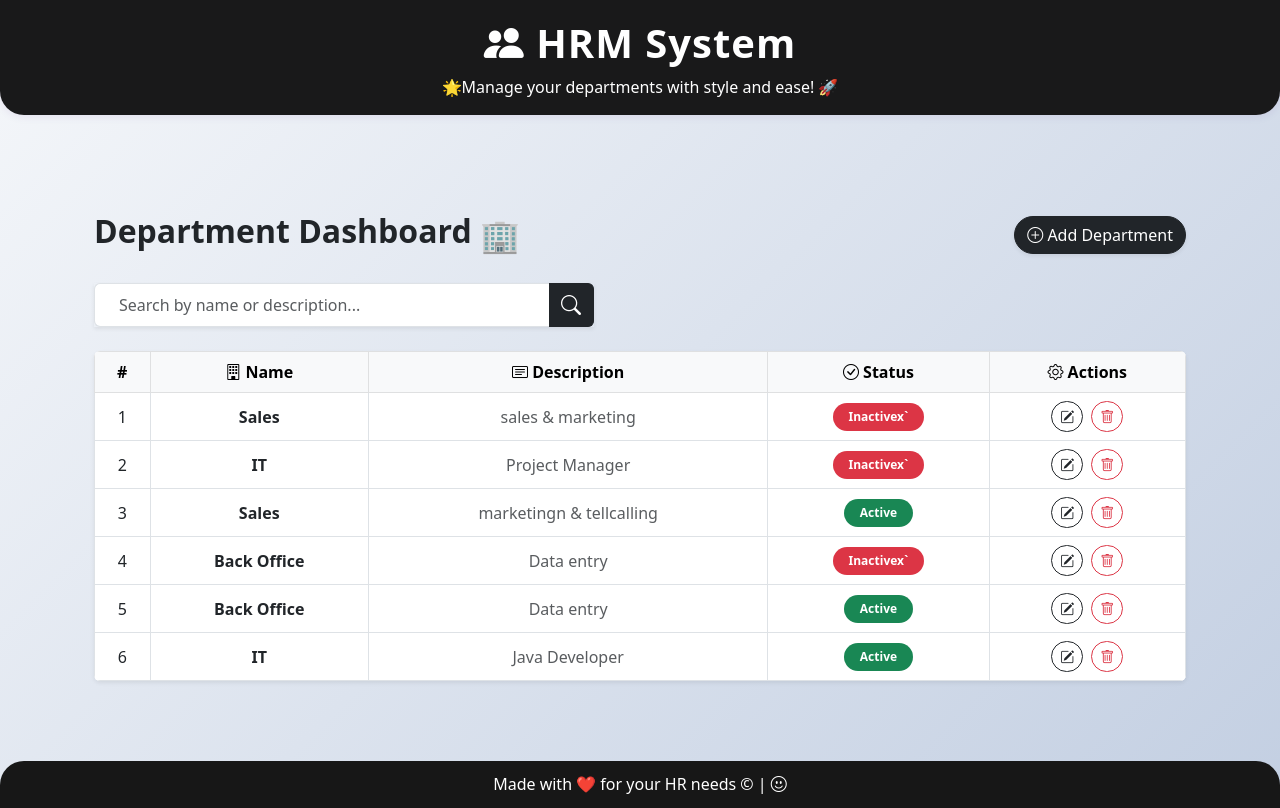
Repository: rtrupti09/HRMS
Page: http://localhost/departments/
The author's editor kept a copy of each file at every save. The page is drawn from the files as they stood at one save, then again after the next save.
The browser window is 1280 px wide. The pictures show the whole page.
The page is served by the project's application, run on Django 5.2 (hrm_system/manage.py). The first stored user is signed in. The page reads the database file committed with the project.

Above is the page before, as saved 2025-06-22 15:55:33.

After the next save:
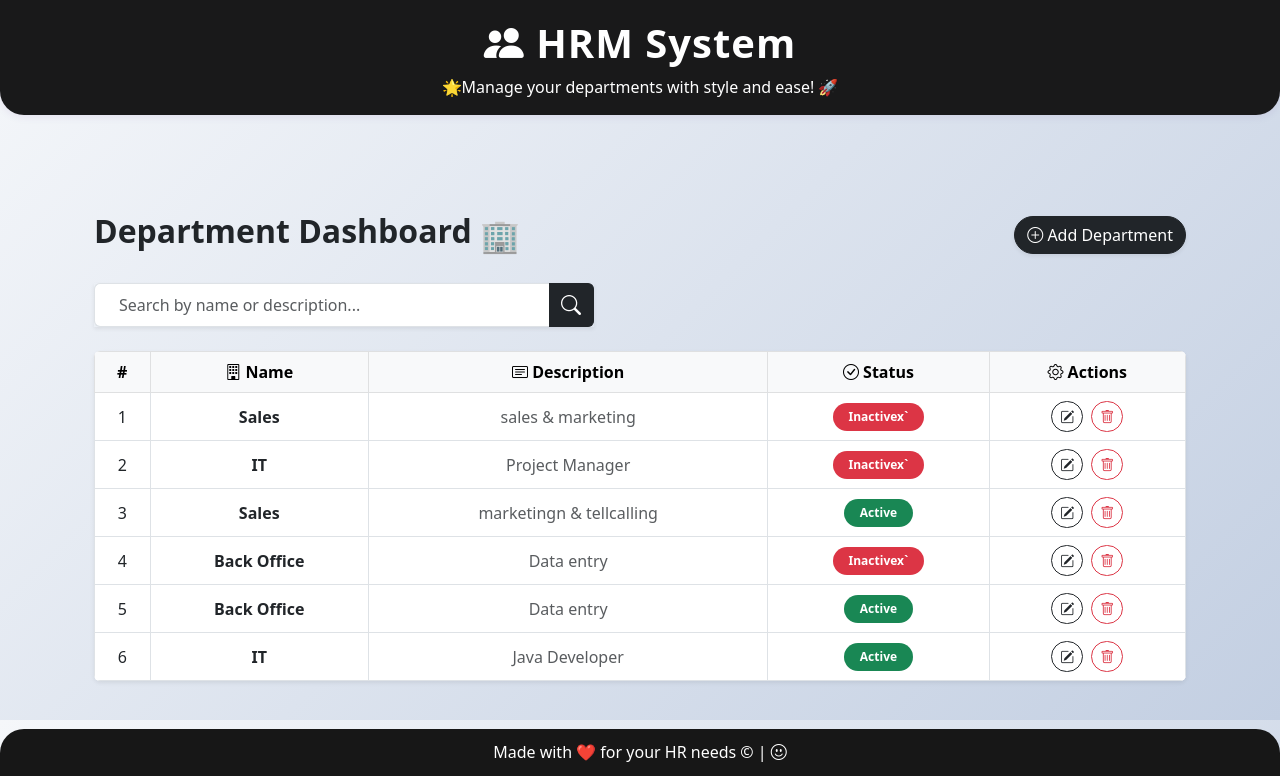
Saved 61 s later.
--- a/hrm_system/templates/base.html
+++ b/hrm_system/templates/base.html
@@ -8,28 +8,41 @@
     <link href="https://cdn.jsdelivr.net/npm/bootstrap@5.3.0/dist/css/bootstrap.min.css" rel="stylesheet">
     <link rel="stylesheet" href="https://cdn.jsdelivr.net/npm/bootstrap-icons@1.10.5/font/bootstrap-icons.css">
     <style>
-        body {
-            background: linear-gradient(135deg, #f5f7fa 0%, #c3cfe2 100%);
-            min-height: 100vh;
-        }
-        .hrm-header {
-            background: #19191a;
-            color: #fff;
-            padding: 1.2rem 0 1rem 0;
-            border-radius: 0 0 24px 24px;
-            box-shadow: 0 2px 8px rgba(75,0,130,0.08);
-            margin-bottom: 2rem;
-        }
-        .hrm-footer {
-            background: #171717;
-            color: #fff;
-            text-align: center;
-            padding: 0.7rem 0;
-            border-radius: 24px 24px 0 0;
-            margin-top: 2rem;
-            font-size: 1rem;
-        }
-    </style>
+    html, body {
+        height: 100%;
+        margin: 0;
+        display: flex;
+        flex-direction: column;
+    }
+
+    body {
+        background: linear-gradient(135deg, #f5f7fa 0%, #c3cfe2 100%);
+    }
+
+    body > .container {
+        flex: 1 0 auto;
+    }
+
+    .hrm-header {
+        background: #19191a;
+        color: #fff;
+        padding: 1.2rem 0 1rem 0;
+        border-radius: 0 0 24px 24px;
+        box-shadow: 0 2px 8px rgba(75,0,130,0.08);
+        margin-bottom: 2rem;
+    }
+
+    .hrm-footer {
+        background: #171717;
+        color: #fff;
+        text-align: center;
+        padding: 0.7rem 0;
+        border-radius: 24px 24px 0 0;
+        font-size: 1rem;
+        flex-shrink: 0;
+    }
+</style>
+
     {% block extra_head %}{% endblock %}
 </head>
 <body>
